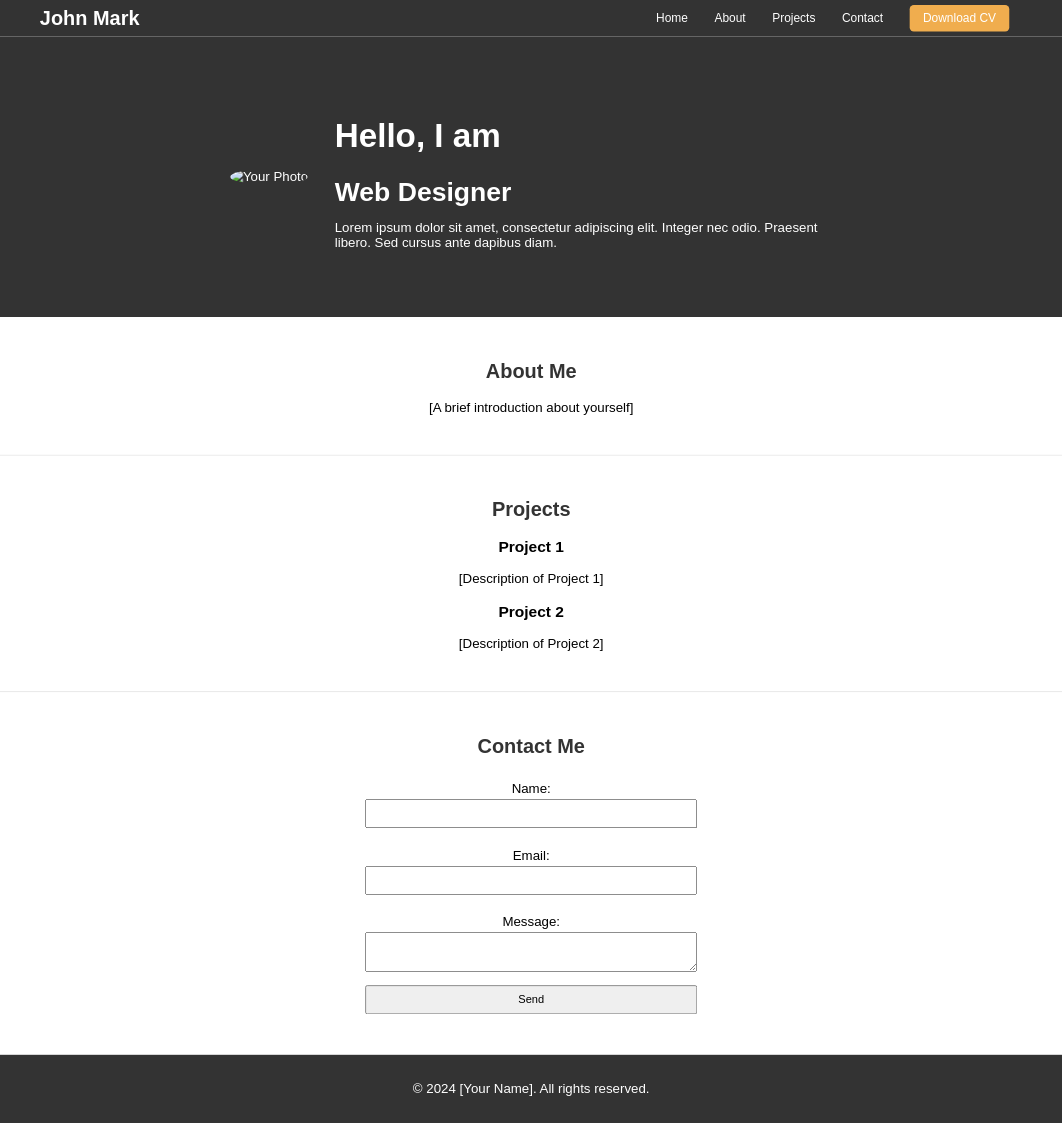
Repository: 4Kbrain/Portofolio
Page: index.html
These files come from the project's save history. The page is drawn as it stood at one moment and after the next save; the edit follows.
The browser window is 1280 px wide. The pictures show the whole page, at 83% of full size.

Above is the page before, as saved 2024-05-15 07:58:03.
Not found: your-photo.jpg

### index.html
<!DOCTYPE html>
<html lang="en">
<head>
    <meta charset="UTF-8">
    <meta name="viewport" content="width=device-width, initial-scale=1.0">
    <title>My Portfolio</title>
    <link rel="stylesheet" href="styles.css">
</head>
<body>
    <header>
        <nav>
            <div class="logo">
                <a href="#home">John Mark</a>
            </div>
            <ul>
                <li><a href="#home">Home</a></li>
                <li><a href="#about">About</a></li>
                <li><a href="#projects">Projects</a></li>
                <li><a href="#contact">Contact</a></li>
                <li><a href="#download-cv" class="download-cv">Download CV</a></li>
            </ul>
        </nav>
    </header>

    <section id="home">
        <div class="home-container">
            <div class="home-photo">
                <img src="your-photo.jpg" alt="Your Photo">
            </div>
            <div class="home-text">
                <h1>Hello, I am</h1>
                <h2>Web Designer</h2>
                <p>Lorem ipsum dolor sit amet, consectetur adipiscing elit. Integer nec odio. Praesent libero. Sed cursus ante dapibus diam.</p>
            </div>
        </div>
    </section>

    <section id="about">
        <h2>About Me</h2>
        <p>[A brief introduction about yourself]</p>
    </section>

    <section id="projects">
        <h2>Projects</h2>
        <div class="project">
            <h3>Project 1</h3>
            <p>[Description of Project 1]</p>
        </div>
        <div class="project">
            <h3>Project 2</h3>
            <p>[Description of Project 2]</p>
        </div>
        <!-- Add more projects as needed -->
    </section>

    <section id="contact">
        <h2>Contact Me</h2>
        <form id="contact-form">
            <label for="name">Name:</label>
            <input type="text" id="name" name="name" required>

            <label for="email">Email:</label>
            <input type="email" id="email" name="email" required>

            <label for="message">Message:</label>
            <textarea id="message" name="message" required></textarea>

            <button type="submit">Send</button>
        </form>
    </section>

    <footer>
        <p>&copy; 2024 [Your Name]. All rights reserved.</p>
    </footer>
</body>
</html>

### styles.css
body {
    font-family: Arial, sans-serif;
    margin: 0;
    padding: 0;
    box-sizing: border-box;
}

header {
    background-color: #333;
    color: white;
    padding: 0.5rem 1rem;
}

nav {
    display: flex;
    justify-content: space-between;
    align-items: center;
    padding: 0 2rem;
}

nav .logo a {
    color: white;
    font-size: 1.5rem;
    font-weight: bold;
    text-decoration: none;
}

nav ul {
    list-style: none;
    padding: 0;
    margin: 0;
    display: flex;
    align-items: center;
}

nav ul li {
    margin: 0 1rem;
}

nav ul li a {
    color: white;
    text-decoration: none;
    font-size: 0.9rem; /* Smaller font size for navbar items */
}

nav ul li a.download-cv {
    background-color: #f0ad4e;
    padding: 0.5rem 1rem;
    border-radius: 5px;
    color: white;
}

section {
    padding: 2rem;
    text-align: center;
}

#home {
    background: #333; /* Same background color as the navbar */
    color: white; /* Ensure text is readable on dark background */
    padding: 4rem 2rem;
    display: flex;
    align-items: center;
    justify-content: center;
}

.home-container {
    display: flex;
    align-items: center;
}

.home-photo img {
    border-radius: 50%;
    max-width: 150px;
    margin-right: 2rem;
}

.home-text {
    max-width: 600px;
    text-align: left;
}

#home h1 {
    font-size: 2.5rem;
    margin-bottom: 0.5rem;
}

#home h2 {
    font-size: 2rem;
    margin-bottom: 1rem;
}

#about, #projects, #contact {
    background: #fff;
    border-bottom: 1px solid #ddd;
}

#about h2, #projects h2, #contact h2 {
    color: #333;
}

.project {
    margin: 1rem 0;
}

form {
    display: flex;
    flex-direction: column;
    max-width: 400px;
    margin: 0 auto;
}

form label {
    margin: 0.5rem 0 0.2rem;
}

form input, form textarea, form button {
    padding: 0.5rem;
    margin-bottom: 1rem;
}

footer {
    background-color: #333;
    color: white;
    text-align: center;
    padding: 1rem 0;
}

After the next save:
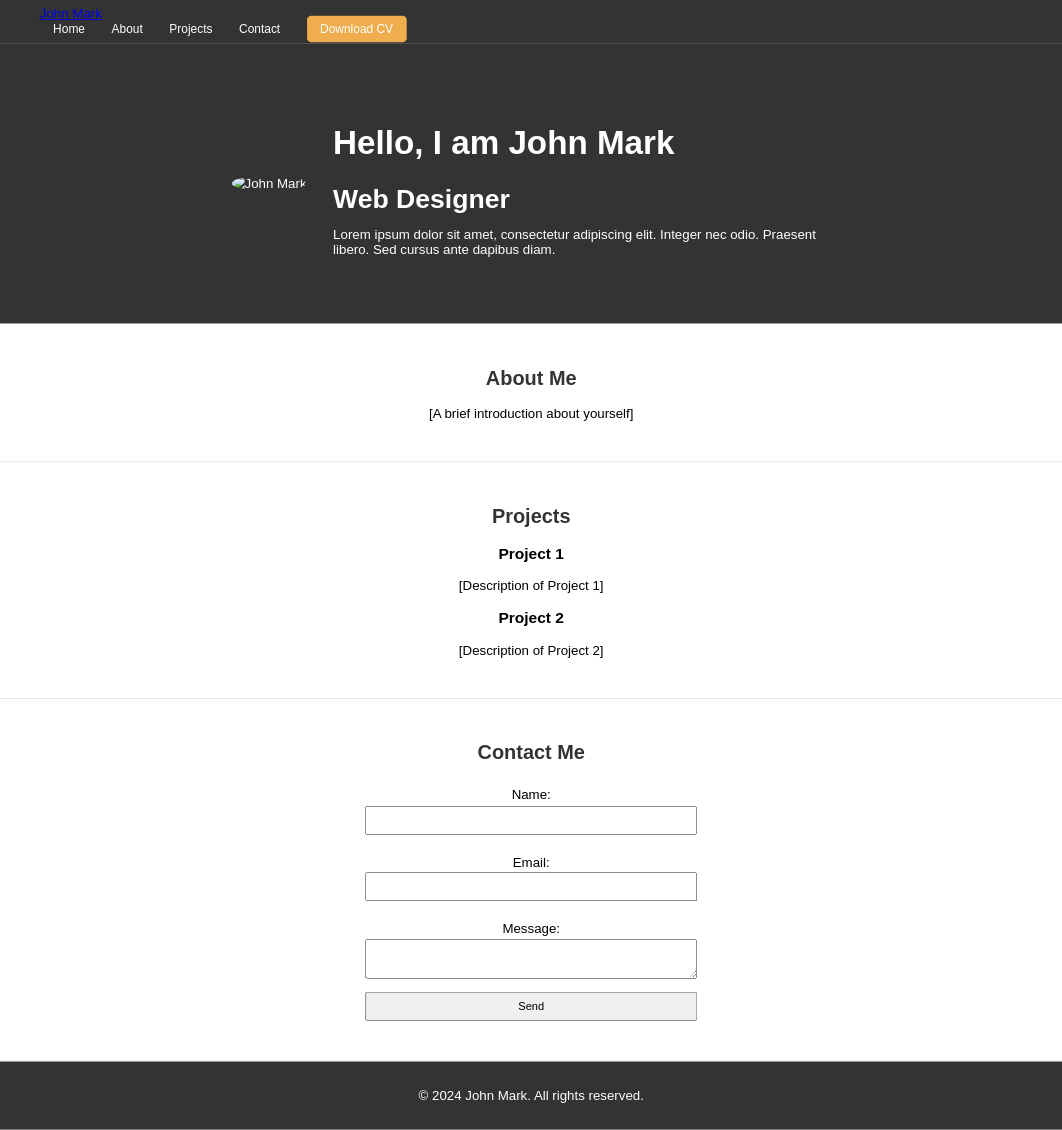
Saved 3 min 52 s later.
--- a/index.html
+++ b/index.html
@@ -3,32 +3,32 @@
 <head>
     <meta charset="UTF-8">
     <meta name="viewport" content="width=device-width, initial-scale=1.0">
-    <title>My Portfolio</title>
+    <title>John Mark Portfolio</title>
     <link rel="stylesheet" href="styles.css">
 </head>
 <body>
     <header>
-        <nav>
-            <div class="logo">
-                <a href="#home">John Mark</a>
+        <nav class="navbar">
+            <div class="container">
+                <a href="#home" class="logo">John Mark</a>
+                <ul class="nav-links">
+                    <li><a href="#home">Home</a></li>
+                    <li><a href="#about">About</a></li>
+                    <li><a href="#projects">Projects</a></li>
+                    <li><a href="#contact">Contact</a></li>
+                    <li><a href="#download-cv" class="download-cv">Download CV</a></li>
+                </ul>
             </div>
-            <ul>
-                <li><a href="#home">Home</a></li>
-                <li><a href="#about">About</a></li>
-                <li><a href="#projects">Projects</a></li>
-                <li><a href="#contact">Contact</a></li>
-                <li><a href="#download-cv" class="download-cv">Download CV</a></li>
-            </ul>
         </nav>
     </header>
 
     <section id="home">
         <div class="home-container">
             <div class="home-photo">
-                <img src="your-photo.jpg" alt="Your Photo">
+                <img src="your-photo.jpg" alt="John Mark">
             </div>
             <div class="home-text">
-                <h1>Hello, I am</h1>
+                <h1>Hello, I am John Mark</h1>
                 <h2>Web Designer</h2>
                 <p>Lorem ipsum dolor sit amet, consectetur adipiscing elit. Integer nec odio. Praesent libero. Sed cursus ante dapibus diam.</p>
             </div>
@@ -36,41 +36,49 @@
     </section>
 
     <section id="about">
-        <h2>About Me</h2>
-        <p>[A brief introduction about yourself]</p>
+        <div class="container">
+            <h2>About Me</h2>
+            <p>[A brief introduction about yourself]</p>
+        </div>
     </section>
 
     <section id="projects">
-        <h2>Projects</h2>
-        <div class="project">
-            <h3>Project 1</h3>
-            <p>[Description of Project 1]</p>
+        <div class="container">
+            <h2>Projects</h2>
+            <div class="project">
+                <h3>Project 1</h3>
+                <p>[Description of Project 1]</p>
+            </div>
+            <div class="project">
+                <h3>Project 2</h3>
+                <p>[Description of Project 2]</p>
+            </div>
+            <!-- Add more projects as needed -->
         </div>
-        <div class="project">
-            <h3>Project 2</h3>
-            <p>[Description of Project 2]</p>
-        </div>
-        <!-- Add more projects as needed -->
     </section>
 
     <section id="contact">
-        <h2>Contact Me</h2>
-        <form id="contact-form">
-            <label for="name">Name:</label>
-            <input type="text" id="name" name="name" required>
+        <div class="container">
+            <h2>Contact Me</h2>
+            <form id="contact-form">
+                <label for="name">Name:</label>
+                <input type="text" id="name" name="name" required>
 
-            <label for="email">Email:</label>
-            <input type="email" id="email" name="email" required>
+                <label for="email">Email:</label>
+                <input type="email" id="email" name="email" required>
 
-            <label for="message">Message:</label>
-            <textarea id="message" name="message" required></textarea>
+                <label for="message">Message:</label>
+                <textarea id="message" name="message" required></textarea>
 
-            <button type="submit">Send</button>
-        </form>
+                <button type="submit">Send</button>
+            </form>
+        </div>
     </section>
 
     <footer>
-        <p>&copy; 2024 [Your Name]. All rights reserved.</p>
+        <div class="container">
+            <p>&copy; 2024 John Mark. All rights reserved.</p>
+        </div>
     </footer>
 </body>
 </html>
